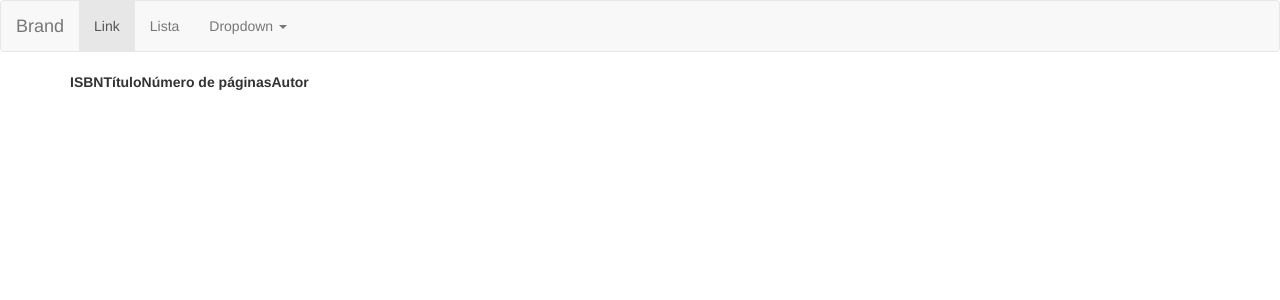
Repository: shamanickCoder/FIAP
Page: http://localhost/09-Livro/cadastrar
The author's editor kept a copy of each file at every save. The page is drawn from the files as they stood at one save, then again after the next save.
The browser window is 1280 px wide. The pictures show the whole page.
The page is served by Tomcat 9. Other server files are loaded and not shown.

Above is the page before, as saved 2016-09-15 12:18:51.

### Desenvolvimentos de Sistemas Web/2 semestre/SegundoSemestre/09-Livro/WebContent/lista-livro.jsp
<%@ page language="java" contentType="text/html; charset=ISO-8859-1"
    pageEncoding="ISO-8859-1"%>
<!DOCTYPE html PUBLIC "-//W3C//DTD HTML 4.01 Transitional//EN" "http://www.w3.org/TR/html4/loose.dtd">
<%@ taglib prefix = "c" uri = "http://java.sun.com/jsp/jstl/core"%>
<html>
<head>
<meta http-equiv="Content-Type" content="text/html; charset=ISO-8859-1">
<link rel = "stylesheet" type = "text/css" href = "css/bootstrap.min.css">
<title>Lista de livros</title>
</head>
<body>
  <%@ include file = "navbar.jsp" %>
  <div class = "container">
  <table>
   <tr>
    <th>ISBN</td>
    <th>Título</td>
    <th>Número de páginas</td>
    <th>Autor</td>
   </tr>
   <c:forEach var = "itensLista" items = "${chaveLista}">
   <tr>
    <td>${itensLista.isbn}</td>
    <td>${itensLista.titulo}</td>
    <td>${itensLista.numPag}</td>
    <td>${itensLista.autor }</td>
   </tr>
   </c:forEach>
  </table>
  </div>
</body>
</html>

### Desenvolvimentos de Sistemas Web/2 semestre/SegundoSemestre/09-Livro/WebContent/navbar.jsp
<nav class="navbar navbar-default">
  <div class="container-fluid">
    <!-- Brand and toggle get grouped for better mobile display -->
    <div class="navbar-header">
      <button type="button" class="navbar-toggle collapsed" data-toggle="collapse" data-target="#bs-example-navbar-collapse-1" aria-expanded="false">
        <span class="sr-only">Toggle navigation</span>
        <span class="icon-bar"></span>
        <span class="icon-bar"></span>
        <span class="icon-bar"></span>
      </button>
      <a class="navbar-brand" href="#">Brand</a>
    </div>

    <!-- Collect the nav links, forms, and other content for toggling -->
    <div class="collapse navbar-collapse" id="bs-example-navbar-collapse-1">
      <ul class="nav navbar-nav">
        <li class="active"><a href="cadastro-livro">Link <span class="sr-only">(current)</span></a></li>
        <li><a href="LivroSevlet">Lista</a></li>
        <li class="dropdown">
          <a href="#" class="dropdown-toggle" data-toggle="dropdown" role="button" aria-haspopup="true" aria-expanded="false">Dropdown <span class="caret"></span></a>
          <ul class="dropdown-menu">
            <li><a href="#">Action</a></li>
            <li><a href="#">Another action</a></li>
            <li><a href="#">Something else here</a></li>
            <li role="separator" class="divider"></li>
            <li><a href="#">Separated link</a></li>
            <li role="separator" class="divider"></li>
            <li><a href="#">One more separated link</a></li>
          </ul>
        </li>
      </ul>

    </div><!-- /.navbar-collapse -->
  </div><!-- /.container-fluid -->
</nav>

### Desenvolvimentos de Sistemas Web/2 semestre/SegundoSemestre/09-Livro/src/br/com/fiap/servlets/LivroSevlet.java
package br.com.fiap.servlets;

import java.io.IOException;
import java.util.ArrayList;
import java.util.List;

import javax.servlet.ServletException;
import javax.servlet.annotation.WebServlet;
import javax.servlet.http.HttpServlet;
import javax.servlet.http.HttpServletRequest;
import javax.servlet.http.HttpServletResponse;

import br.com.fiap.beans.Livro;
import br.com.fiap.bo.LivroBO;

@WebServlet("/cadastrar")
public class LivroSevlet extends HttpServlet{

protected void doPost(HttpServletRequest req, HttpServletResponse resp) throws ServletException, IOException {

	long isbn = Long.parseLong(req.getParameter("isbn"));
	String titulo = req.getParameter("titulo");
	int numPag = Integer.parseInt(req.getParameter("numPag"));
	String autor = req.getParameter("autor");

	/*req.setAttribute("chaveISBN", isbn);
	req.setAttribute("chaveTitulo", titulo);
	req.setAttribute("chaveNumPag", numPag);
	req.setAttribute("chaveAutor", autor);*/

	Livro objLivro = new Livro(isbn, titulo, numPag, autor);
	LivroBO objLivroBO = new LivroBO();
	objLivroBO.cadastrar(objLivro);
	req.setAttribute("chaveMensagem", "Cadastrado com sucesso!");

	req.getRequestDispatcher("cadastro-livro.jsp").forward(req, resp);
}

	protected void doGet(HttpServletRequest req, HttpServletResponse resp) throws ServletException, IOException {
		LivroBO objLivro = new LivroBO();
		List<Livro> listaLivros = new ArrayList<Livro>();
		listaLivros = objLivro.listar();
		req.setAttribute("chaveLista", listaLivros);
		req.getRequestDispatcher("lista-livro.jsp").forward(req, resp);

	}
}

### Desenvolvimentos de Sistemas Web/2 semestre/SegundoSemestre/09-Livro/src/br/com/fiap/bo/LivroBO.java
package br.com.fiap.bo;

import java.util.ArrayList;
import java.util.List;

import br.com.fiap.beans.Livro;

public class LivroBO {

	private static List<Livro> lista = new ArrayList<Livro>();

	public void cadastrar(Livro livro){
		lista.add(livro);
	}

	public List<Livro> listar(){
		return lista;
	}

}

Loaded but not shown: Desenvolvimentos de Sistemas Web/2 semestre/SegundoSemestre/09-Livro/WebContent/css/bootstrap.min.css (library)

After the next save:
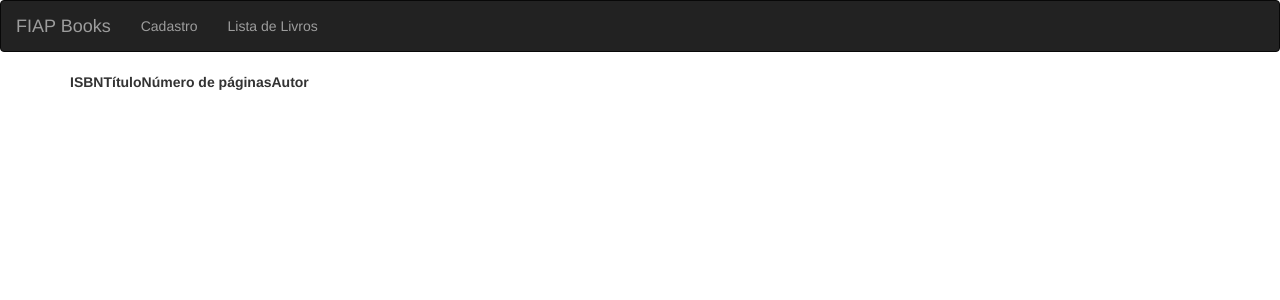
Saved 15 min 6 s later.
--- a/Desenvolvimentos de Sistemas Web/2 semestre/SegundoSemestre/09-Livro/WebContent/navbar.jsp
+++ b/Desenvolvimentos de Sistemas Web/2 semestre/SegundoSemestre/09-Livro/WebContent/navbar.jsp
@@ -1,4 +1,4 @@
-<nav class="navbar navbar-default">
+<nav class="navbar navbar-inverse">
   <div class="container-fluid">
     <!-- Brand and toggle get grouped for better mobile display -->
     <div class="navbar-header">
@@ -8,28 +8,14 @@
         <span class="icon-bar"></span>
         <span class="icon-bar"></span>
       </button>
-      <a class="navbar-brand" href="#">Brand</a>
+      <a class="navbar-brand" href="#">FIAP Books</a>
     </div>
-
     <!-- Collect the nav links, forms, and other content for toggling -->
     <div class="collapse navbar-collapse" id="bs-example-navbar-collapse-1">
       <ul class="nav navbar-nav">
-        <li class="active"><a href="cadastro-livro">Link <span class="sr-only">(current)</span></a></li>
-        <li><a href="LivroSevlet">Lista</a></li>
-        <li class="dropdown">
-          <a href="#" class="dropdown-toggle" data-toggle="dropdown" role="button" aria-haspopup="true" aria-expanded="false">Dropdown <span class="caret"></span></a>
-          <ul class="dropdown-menu">
-            <li><a href="#">Action</a></li>
-            <li><a href="#">Another action</a></li>
-            <li><a href="#">Something else here</a></li>
-            <li role="separator" class="divider"></li>
-            <li><a href="#">Separated link</a></li>
-            <li role="separator" class="divider"></li>
-            <li><a href="#">One more separated link</a></li>
-          </ul>
-        </li>
+        <li><a href="cadastro-livro.jsp">Cadastro</a></li>
+        <li><a href="livroServlet">Lista de Livros</a></li>
       </ul>
-
     </div><!-- /.navbar-collapse -->
   </div><!-- /.container-fluid -->
 </nav>
